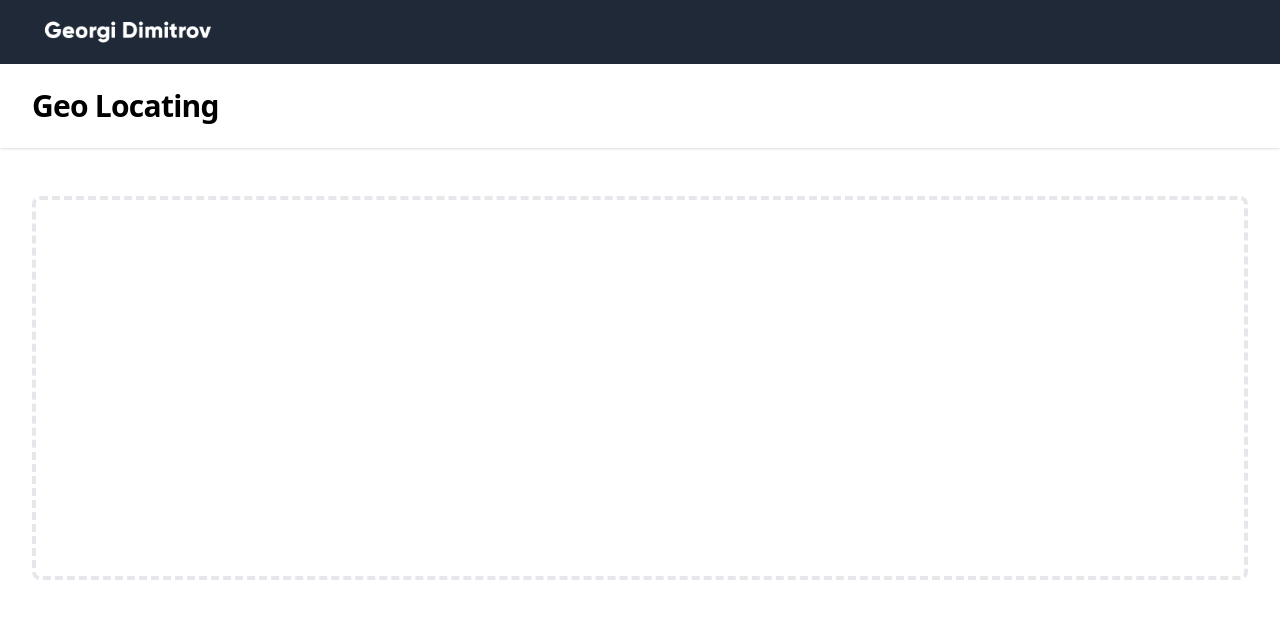
Repository: Ghazi-jr/Georgi-app
Page: / (app in Client/)
These files come from the project's save history. The page is drawn as it stood at one moment and after the next save; the edit follows.
The browser window is 1280 px wide. The pictures show the whole page.
The project was rebuilt for these pictures with package versions that can differ from the ones it lists, and the page was loaded fresh each time. Also part of the build but not shown: Client/src/components/mapBox.js.

Above is the page before, as saved 2022-10-01 01:02:17.

### Client/public/index.html
<!DOCTYPE html>
<html lang="en">

<head>
  <meta charset="utf-8" />
  <link rel="icon" href="%PUBLIC_URL%/favicon.ico" />
  <meta name="viewport" content="width=device-width, initial-scale=1" />
  <meta name="theme-color" content="#000000" />
  <meta name="description" content="Web site created using create-react-app" />
  <link rel="apple-touch-icon" href="%PUBLIC_URL%/logo192.png" />
  <!--
      manifest.json provides metadata used when your web app is installed on a
      user's mobile device or desktop. See https://developers.google.com/web/fundamentals/web-app-manifest/
    -->
  <link rel="manifest" href="%PUBLIC_URL%/manifest.json" />
  <!--
      Notice the use of %PUBLIC_URL% in the tags above.
      It will be replaced with the URL of the `public` folder during the build.
      Only files inside the `public` folder can be referenced from the HTML.

      Unlike "/favicon.ico" or "favicon.ico", "%PUBLIC_URL%/favicon.ico" will
      work correctly both with client-side routing and a non-root public URL.
      Learn how to configure a non-root public URL by running `npm run build`.
    -->
  <title>Sensors Data Analysis</title>
</head>

<body>
  <noscript>You need to enable JavaScript to run this app.</noscript>
  <div id="root"></div>
  <!--
      This HTML file is a template.
      If you open it directly in the browser, you will see an empty page.

      You can add webfonts, meta tags, or analytics to this file.
      The build step will place the bundled scripts into the <body> tag.

      To begin the development, run `npm start` or `yarn start`.
      To create a production bundle, use `npm run build` or `yarn build`.
    -->
</body>

</html>

### Client/src/App.js
import { Fragment } from "react";
import { Disclosure, Menu, Transition } from "@headlessui/react";
import { Bars3Icon, BellIcon, XMarkIcon } from "@heroicons/react/24/outline";
import MapBox from "./components/mapBox";
import logo from "./logo.png";
const user = {
  name: "Tom Cook",
  email: "tom@example.com",
  imageUrl:
    "https://images.unsplash.com/photo-1472099645785-5658abf4ff4e?ixlib=rb-1.2.1&ixid=eyJhcHBfaWQiOjEyMDd9&auto=format&fit=facearea&facepad=2&w=256&h=256&q=80",
};
const navigation = [
  { name: "Dashboard", href: "#", current: true },
  { name: "Team", href: "#", current: false },
  { name: "Projects", href: "#", current: false },
  { name: "Calendar", href: "#", current: false },
  { name: "Reports", href: "#", current: false },
];
const userNavigation = [
  { name: "Your Profile", href: "#" },
  { name: "Settings", href: "#" },
  { name: "Sign out", href: "#" },
];

function classNames(...classes) {
  return classes.filter(Boolean).join(" ");
}

export default function App() {
  return (
    <>
      <div className="min-h-full">
        <Disclosure as="nav" className="bg-gray-800">
          <div className="mx-auto max-w-7xl px-4 sm:px-6 lg:px-8">
            <div className="flex h-16 items-center justify-between">
              <div className="flex items-center">
                <div className="flex-shrink-0">
                  <img className="h-48 w-48" src={logo} alt="Your Company" />
                </div>
              </div>
            </div>
          </div>
        </Disclosure>
        <header className="bg-white shadow">
          <div className="mx-auto max-w-7xl py-6 px-4 sm:px-6 lg:px-8">
            <h1
              className="text-3xl font-bold tracking-tight "
              style={{ color: "##6366F1" }}
            >
              Geo Locating
            </h1>
          </div>
        </header>
        <main>
          <div className="mx-auto max-w-7xl py-6 sm:px-6 lg:px-8">
            {/* Replace with your content */}
            <div className="px-4 py-6 sm:px-0">
              <div className="h-96 rounded-lg border-4 border-dashed border-gray-200" />
            </div>
            {/* /End replace */}
          </div>
        </main>
      </div>
    </>
  );
}

Loaded but not shown: Client/src/index.js (common file); Client/src/index.css (common file); Client/tailwind.config.js (common file)

After the next save:
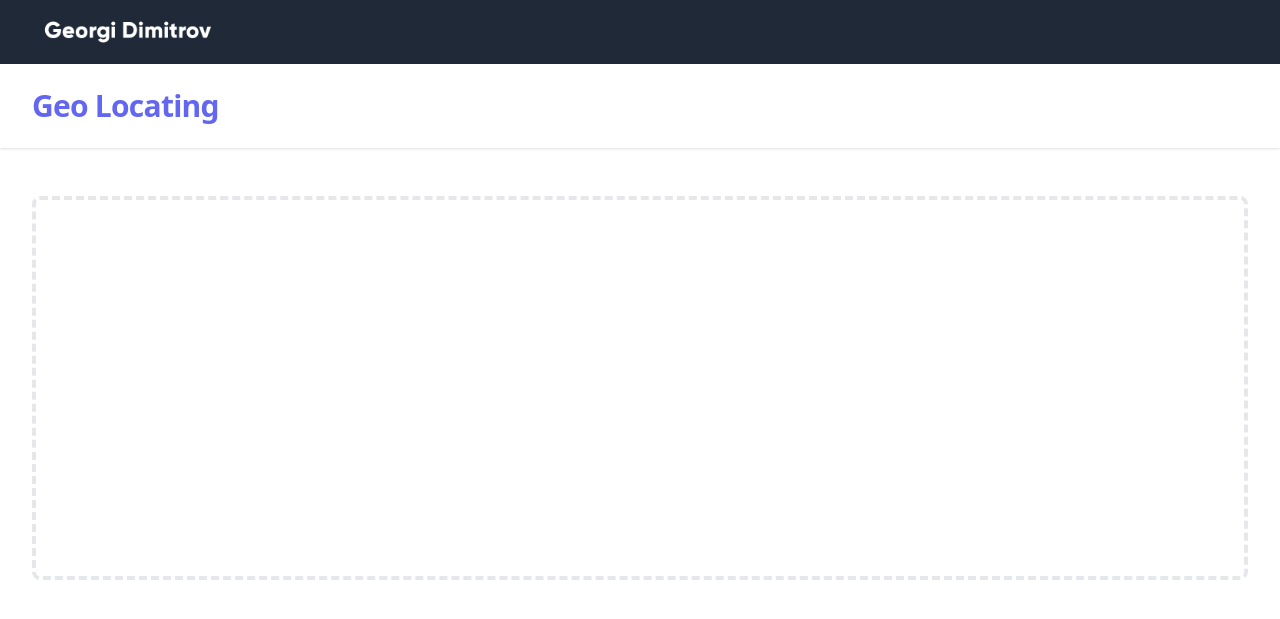
Saved 10 s later.
--- a/Client/src/App.js
+++ b/Client/src/App.js
@@ -45,7 +45,7 @@ export default function App() {
           <div className="mx-auto max-w-7xl py-6 px-4 sm:px-6 lg:px-8">
             <h1
               className="text-3xl font-bold tracking-tight "
-              style={{ color: "##6366F1" }}
+              style={{ color: "#6366F1" }}
             >
               Geo Locating
             </h1>
